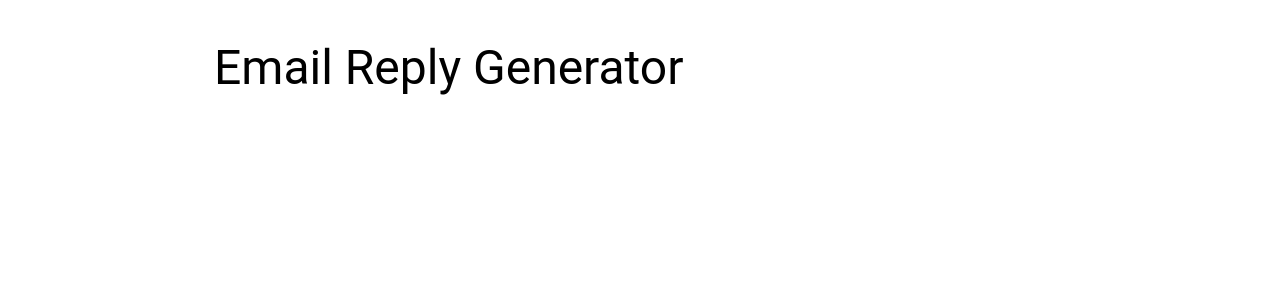
Repository: AbhirupB/EmailAI
Page: / (app in email-writer-react/)
An editor plug-in stored every save of this project. The page is shown before and after a run of saves, followed by the edit.
The browser window is 1280 px wide. The pictures show the whole page.
The project was rebuilt for these pictures with package versions that can differ from the ones it lists, and the page was loaded fresh each time. Also part of the build but not shown: email-writer-react/vite.config.js, email-writer-react/src/index.css, email-writer-react/src/App.css.

Above is the page before, as saved 2025-07-17 13:13:14.

After the next 3 saves:
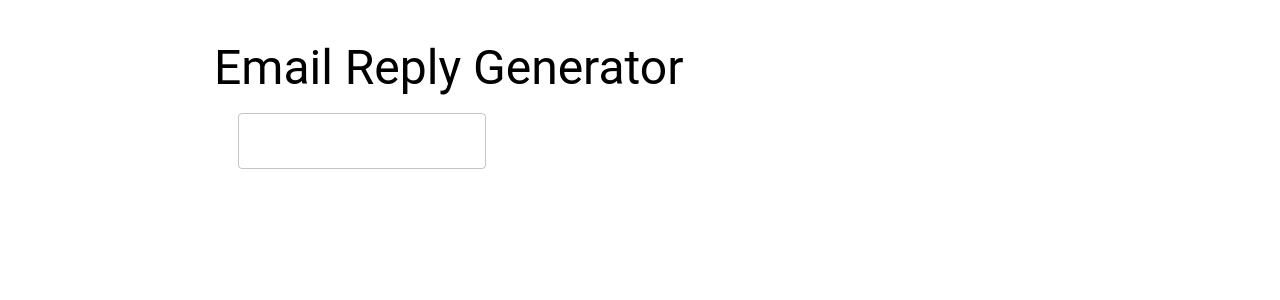
The 3 saves are shown as one change because they came seconds apart.
The last was saved 11 s later.
--- a/email-writer-react/src/App.jsx
+++ b/email-writer-react/src/App.jsx
@@ -1,6 +1,6 @@
 import { useState } from 'react'
 import './App.css'
-import { Box, Container, Typography } from '@mui/material';
+import { Box, Container, TextField, Typography } from '@mui/material';
 
 function App() {
   const [emailContent, setEmailContent] = useState('');
@@ -17,7 +17,7 @@ function App() {
         </Typography>
 
         <Box sx={{mx:3}}>
-
+          <TextField></TextField>
         </Box>
       </Container>
     </>
